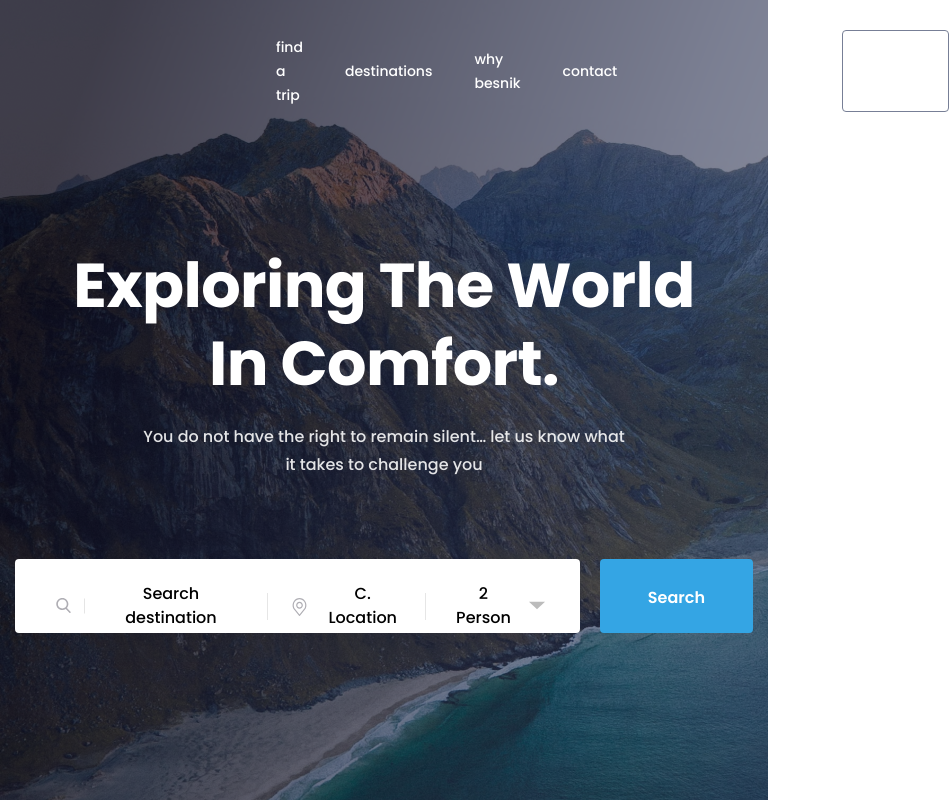
Repository: hoang0508/LandingPage-CodeTravel2
Page: index.html
These files come from the project's save history. The page is drawn as it stood at one moment and after the next save; the edit follows.
The browser window is 768 px wide. The page is 949 px wide, so the pictures cover 949 px, including what lies to the right of the window. The pictures show the whole page.
The style sheet was rebuilt from its Sass, Less or Tailwind sources for each picture, by a compiler version that may differ from the author's.

Above is the page before, as saved 2022-09-16 13:36:07.

### index.html
<!DOCTYPE html>
<html lang="en">
  <head>
    <meta charset="UTF-8" />
    <meta http-equiv="X-UA-Compatible" content="IE=edge" />
    <meta name="viewport" content="width=device-width, initial-scale=1.0" />
    <title>Travale LandingPage</title>
    <link rel="stylesheet" href="./css/style.css" />
  </head>
  <body>
    <div class="wrapper">
      <!-- HEADER -->
      <header class="header">
        <div class="container">
          <div class="header-main">
            <div class="header-logo">
              <img src="./images/Logo.png" alt="Logo" />
            </div>
            <nav class="header-menu">
              <ul class="header-menu--list">
                <li class="header-menu--item">
                  <a href="#" class="header-menu--link">FIND A TRIP</a>
                </li>
                <li class="header-menu--item">
                  <a href="#" class="header-menu--link">DESTINATIONS</a>
                </li>
                <li class="header-menu--item">
                  <a href="#" class="header-menu--link">WHY BESNIK</a>
                </li>
                <li class="header-menu--item">
                  <a href="#" class="header-menu--link">CONTACT</a>
                </li>
              </ul>
            </nav>
            <div class="header-button">
              <button class="button button-acount">Create Account</button>
            </div>
          </div>

          <div class="header-content">
            <h1 class="header-content--title">
              Exploring The World In Comfort.
            </h1>
            <p class="header-content--desc">
              You do not have the right to remain silent… let us know what it
              takes to challenge you
            </p>
            <div class="header-form">
              <div class="header-content--form">
                <div class="form-down">
                  <div class="form-down--col">
                    <div class="form-down--icon">
                      <img src="./images/icon-search.svg" alt="" />
                    </div>
                    <div class="form-down--text form-down--text-border"></div>
                      <span class="form-down--text-txt">Search destination</span>
                    </div>
                  <div class="form-down--col">
                    <div class="form-down--icon">
                      <img src="./images/icon-loacation.svg" alt="" />
                    </div>
                    <span class="form-down--text form-down--text-location">C. Location</span>
                  </div>
                  <div class="form-down--col">
                    <span class="form-down--text">2 Person</span>
                    <div class="form-down--icon">
                      <img src="./images/icon-arrow.svg" alt="" />
                    </div>
                  </div>
                </div>
                </div>
                <button class="button button-search">Search</button>
              </div>
            </div>
          </div>
        </div>
      </header>
    </div>
  </body>
</html>

### sass/main.scss
@import "reset";
@import "variable";
@import "typography";
@import "base";
@import "global";
@import "header";

### sass/_reset.scss
*,
*::before,
*::after {
  box-sizing: border-box;
}
* {
  margin: 0;
  padding: 0;
  font: inherit;
}
body {
  line-height: 1.5;
}
img,
picture,
video,
canvas,
svg {
  display: block;
  max-width: 100%;
}
input,
button,
textarea,
select {
  outline: none;
}
p,
h1,
h2,
h3,
h4,
h5,
h6 {
  overflow-wrap: break-word;
}

a {
  text-decoration: none;
}

ul,
li {
  list-style: none;
}

### sass/_variable.scss
$text-white: #fff;
$primary-color: #34a5e4;
$border-gray: #e6e6e6;

### sass/_typography.scss
@font-face {
  font-family: "Poppins";
  src: url("../fonts/Poppins-Regular.ttf") format("opentype");
  font-style: normal;
  font-display: auto;
  font-weight: 400;
}

@font-face {
  font-family: "Poppins";
  src: url("../fonts/Poppins-Light.ttf") format("opentype");
  font-style: normal;
  font-display: auto;
  font-weight: 300;
}

@font-face {
  font-family: "Poppins";
  src: url("../fonts/Poppins-Medium.ttf") format("opentype");
  font-style: normal;
  font-display: auto;
  font-weight: 500;
}

@font-face {
  font-family: "Poppins";
  src: url("../fonts/Poppins-SemiBold.ttf") format("opentype");
  font-style: normal;
  font-display: auto;
  font-weight: 600;
}

@font-face {
  font-family: "Poppins";
  src: url("../fonts/Poppins-Thin.ttf") format("opentype");
  font-style: normal;
  font-display: auto;
  font-weight: 100;
}

@font-face {
  font-family: "Poppins";
  src: url("../fonts/Poppins-Bold.ttf") format("opentype");
  font-style: normal;
  font-display: auto;
  font-weight: 700;
}

### sass/_base.scss
body {
  font-family: "Poppins", sans-serif;
  font-weight: 500;
}

.wrapper {
  max-width: 1600px;
  margin: 0 auto;
}

.container {
  max-width: 1280px;
  margin: 0 auto;
}

@media screen and (max-width: 1023.98px) {
  .container {
    padding: 0 15px;
  }
}

### sass/_global.scss
// Button
button.button {
  display: inline-block;
  border: 0;
  cursor: pointer;
  color: $text-white;
  font-size: 14px;
  &-acount {
    background-color: transparent;
    padding: 19px 23px;
    border: 1.5px solid #777f96;
    border-radius: 4px;
  }
  &-search {
    height: 74px;
    padding: 27px 48px;
    background-color: $primary-color;
    color: $text-white;
    font-size: 16px;
    font-weight: 600;
    border-radius: 4px;
  }
}

### sass/_header.scss
.header {
  background-image: url("../images/header-img.png");
  min-height: 800px;
  background-size: cover;
  background-repeat: repeat;
  padding-top: 30px;
  &-main {
    display: flex;
    align-items: center;
    margin-bottom: 135px;
  }
  &-logo {
    margin-right: 261px;
  }
  &-menu {
    &--list {
      display: flex;
      align-items: center;
      gap: 0 42px;
      margin-right: 225px;
    }
    &--link {
      color: $text-white;
      text-transform: lowercase;
      font-size: 14px;
    }
  }
  &-button {
    margin-left: auto;
  }
  &-form {
    display: flex;
    justify-content: center;
    align-items: center;
    gap: 0 20px;
  }
  &-content {
    text-align: center;
    &--title {
      max-width: 640px;
      width: 100%;
      margin: 0 auto;
      font-size: 62px;
      font-weight: 700;
      color: $text-white;
      margin-bottom: 20px;
      letter-spacing: -0.01em;
      line-height: 78px;
    }
    &--desc {
      max-width: 493px;
      margin: 0 auto;
      color: #ffffff;
      font-weight: 500;
      mix-blend-mode: normal;
      opacity: 0.88;
      line-height: 28px;
      margin-bottom: 80px;
    }
    &--form {
      background-color: #ffffff;
      padding: 23px 35px 24px 41px;
      height: 74px;
      border-radius: 4px;
      box-shadow: 0px 40px 80px -22px rgba(98, 89, 89, 0.09);
      .form-down {
        display: flex;
        align-items: center;
        &--col {
          display: flex;
          align-items: center;
          gap: 0 13px;
          &:nth-child(1) {
            margin-right: 43px;
          }
          &:nth-child(2) {
            position: relative;
            &::before {
              content: "";
              position: absolute;
              width: 1px;
              height: 27px;
              background-color: $border-gray;
              left: -25px;
            }
            &::after {
              content: "";
              position: absolute;
              width: 1px;
              height: 27px;
              background-color: $border-gray;
              right: 0;
            }
          }
          &:nth-child(3) {
            margin-left: 25px;
          }
        }
        &--text-border {
          position: relative;
          &::before {
            position: absolute;
            content: "";
            width: 1px;
            height: 15px;
            background: #e5e5e5;
            top: 50%;
            transform: translateY(-50%);
          }
        }
        &--text-txt {
          margin-right: 4px;
        }
        &--text-location {
          padding-right: 20px;
        }
        &--icon {
          width: 16px;
          height: 16px;
          display: inline-block;
          img {
            width: 100%;
            object-fit: cover;
          }
        }
      }
    }
  }
}

After the next save:
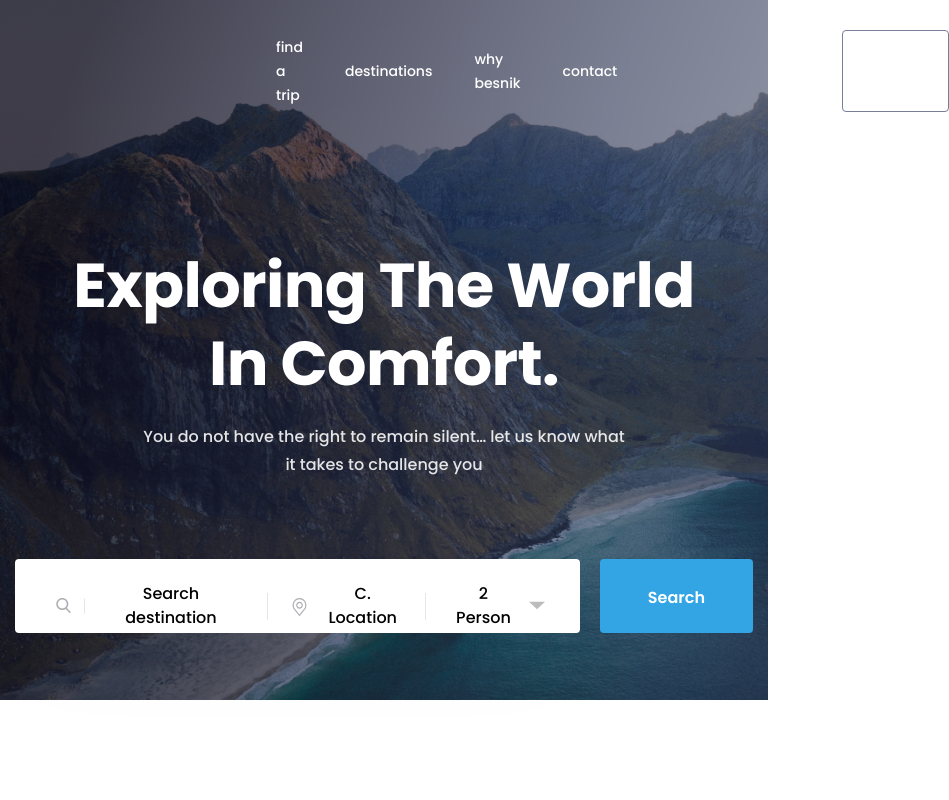
Saved 102 s later.
--- a/sass/_header.scss
+++ b/sass/_header.scss
@@ -127,3 +127,9 @@
     }
   }
 }
+
+@media screen and (max-width: 1023.98px) {
+  .header {
+    min-height: 700px;
+  }
+}
